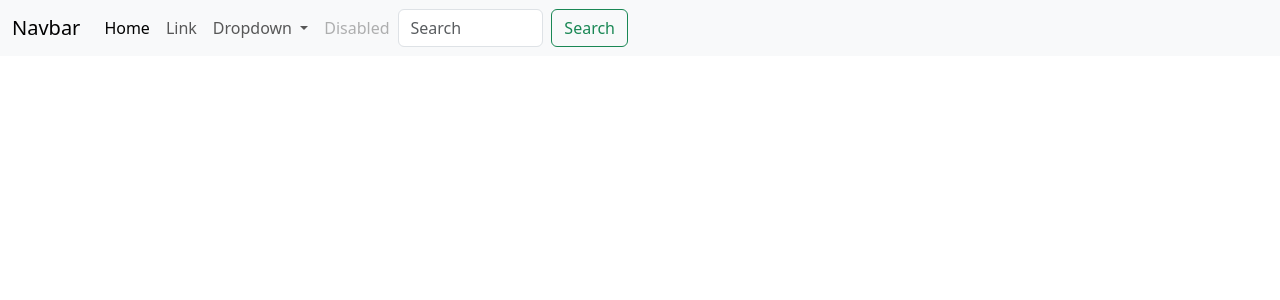
Repository: Riyakashiwala/practical
Page: riya 6th sem/book website.html
These files come from the project's save history. The page is drawn as it stood at one moment and after the next save; the edit follows.
The browser window is 1280 px wide. The pictures show the whole page.

Above is the page before, as saved 2024-12-11 06:32:09.

### riya 6th sem/book website.html
<!DOCTYPE html>
<html lang="en">
<head>
    <meta charset="UTF-8">
    <meta name="viewport" content="width=device-width, initial-scale=1.0">
    <title>Book Website</title>
    <link href="https://cdn.jsdelivr.net/npm/bootstrap@5.3.3/dist/css/bootstrap.min.css" rel="stylesheet" integrity="sha384-QWTKZyjpPEjISv5WaRU9OFeRpok6YctnYmDr5pNlyT2bRjXh0JMhjY6hW+ALEwIH" crossorigin="anonymous">


</head>
<body>
    <nav class="navbar navbar-expand-lg bg-body-tertiary">
        <div class="container-fluid">
            <a class="navbar-brand" href="#">Navbar</a>
            <button class="navbar-toggler" type="button" data-bs-toggle="collapse" data-bs-target="#navbarSupportedContent" aria-controls="navbarSupportedContent" aria-expanded="false" aria-label="Toggle navigation">
            <span class="navbar-toggler-icon"></span>
            </button>
            <div class="collapse navbar-collapse" id="navbarSupportedContent">
            <ul class="navbar-nav me-auto mb-2 mb-lg-0">
                <li class="nav-item">
                <a class="nav-link active" aria-current="page" href="#">Home</a>
                </li>
                <li class="nav-item">
                <a class="nav-link" href="#">Link</a>
                </li>
                <li class="nav-item dropdown">
                <a class="nav-link dropdown-toggle" href="#" role="button" data-bs-toggle="dropdown" aria-expanded="false">
                Dropdown
                </a>
                <ul class="dropdown-menu">
                <li><a class="dropdown-item" href="#">Action</a></li>
                <li><a class="dropdown-item" href="#">Another action</a></li>
                <li><hr class="dropdown-divider"></li>
                <li><a class="dropdown-item" href="#">Something else here</a></li>
                </ul>
                </li>
            <li class="nav-item">
                <a class="nav-link disabled" aria-disabled="true">Disabled</a>
            </li>
            </ul>
            <form class="d-flex" role="search">
            <input class="form-control me-2" type="search" placeholder="Search" aria-label="Search">
            <button class="btn btn-outline-success" type="submit">Search</button>
            </form>
        </div>
        </div>
        <div
        <div class="container">
            <section id="intro">
                <div class="row justify-content-start">

                </div>
            </section>
        </div>
    </nav>
    <script src="https://cdn.jsdelivr.net/npm/bootstrap@5.3.3/dist/js/bootstrap.bundle.min.js" integrity="sha384-YvpcrYf0tY3lHB60NNkmXc5s9fDVZLESaAA55NDzOxhy9GkcIdslK1eN7N6jIeHz" crossorigin="anonymous"></script>
</body>
</html>

After the next save:
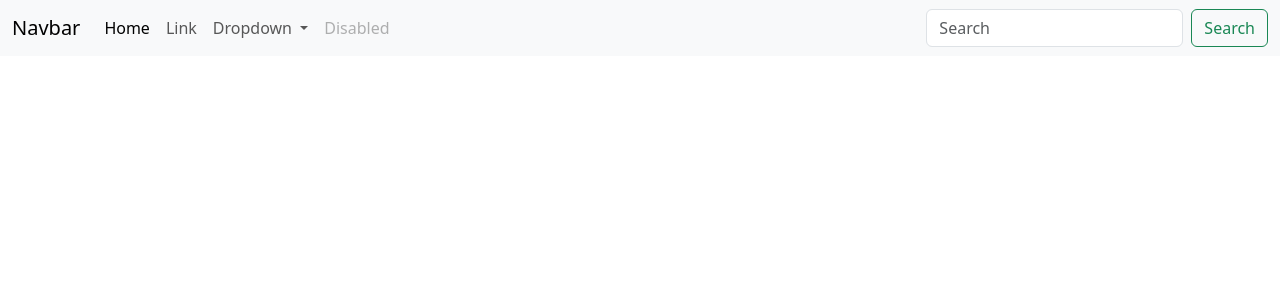
Saved 5 s later.
--- a/riya 6th sem/book website.html
+++ b/riya 6th sem/book website.html
@@ -44,7 +44,7 @@
             </form>
         </div>
         </div>
-        <div
+        <div class=""
         <div class="container">
             <section id="intro">
                 <div class="row justify-content-start">

After the save that followed:
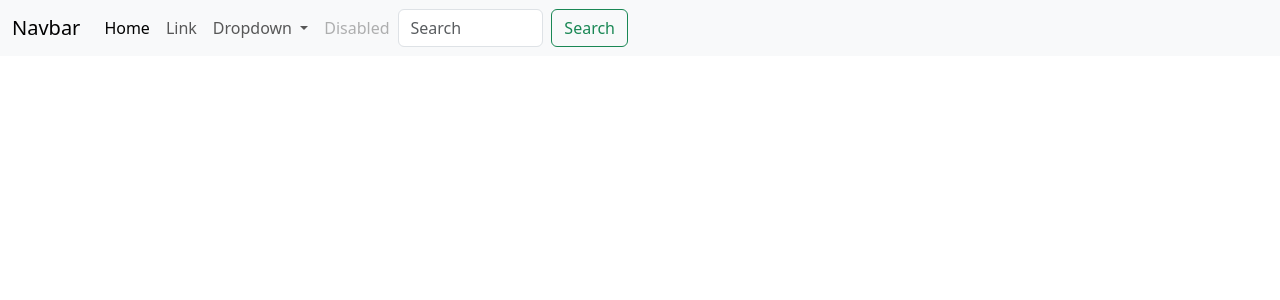
Saved 9 s later.
--- a/riya 6th sem/book website.html
+++ b/riya 6th sem/book website.html
@@ -44,7 +44,7 @@
             </form>
         </div>
         </div>
-        <div class=""
+        <div class="container-fluid"
         <div class="container">
             <section id="intro">
                 <div class="row justify-content-start">
